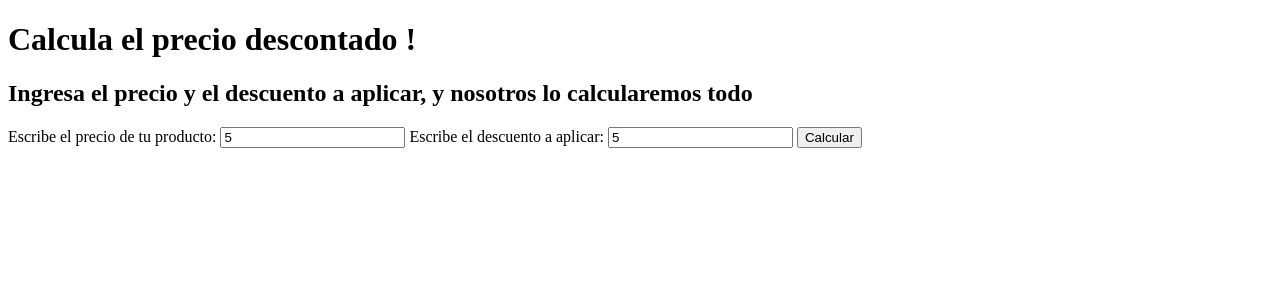
Repository: ChristianGecchelin/javascript-project
Page: javascript-project/descuentos y porcentajes/descuentos.html
An editor plug-in stored every save of this project. The page is shown before and after the next save, followed by the edit.
The browser window is 1280 px wide. The pictures show the whole page.
Empty fields were first filled with sample values (such as "Sample", 5 or name@example.com).
After loading, the first visible `button` was clicked once.

Above is the page before, as saved 2021-12-03 13:06:36.

After the next save:
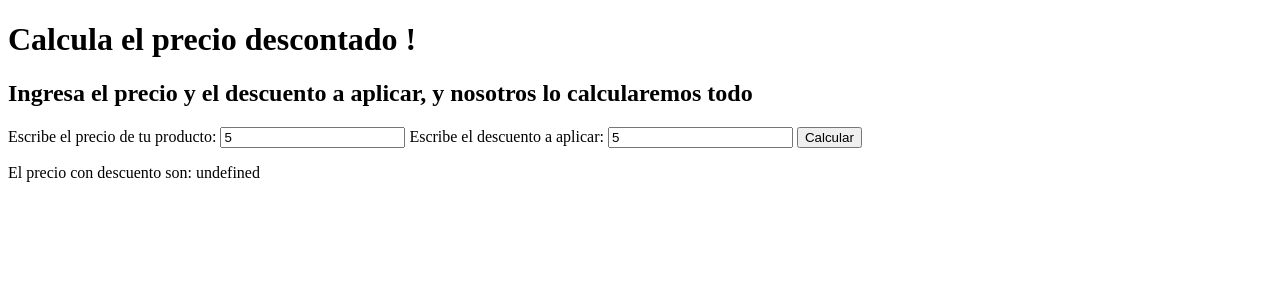
Saved 4 min 32 s later.
--- a/javascript-project/descuentos y porcentajes/descuentos.js
+++ b/javascript-project/descuentos y porcentajes/descuentos.js
@@ -15,4 +15,6 @@ function calculateDiscountPrice() {
     priceValue,
     discountValue
   );
+  const resultFunction = document.getElementById("resultFunction");
+  resultFunction.innerText = `El precio con descuento son: ${precioConDescuento}`;
 }
